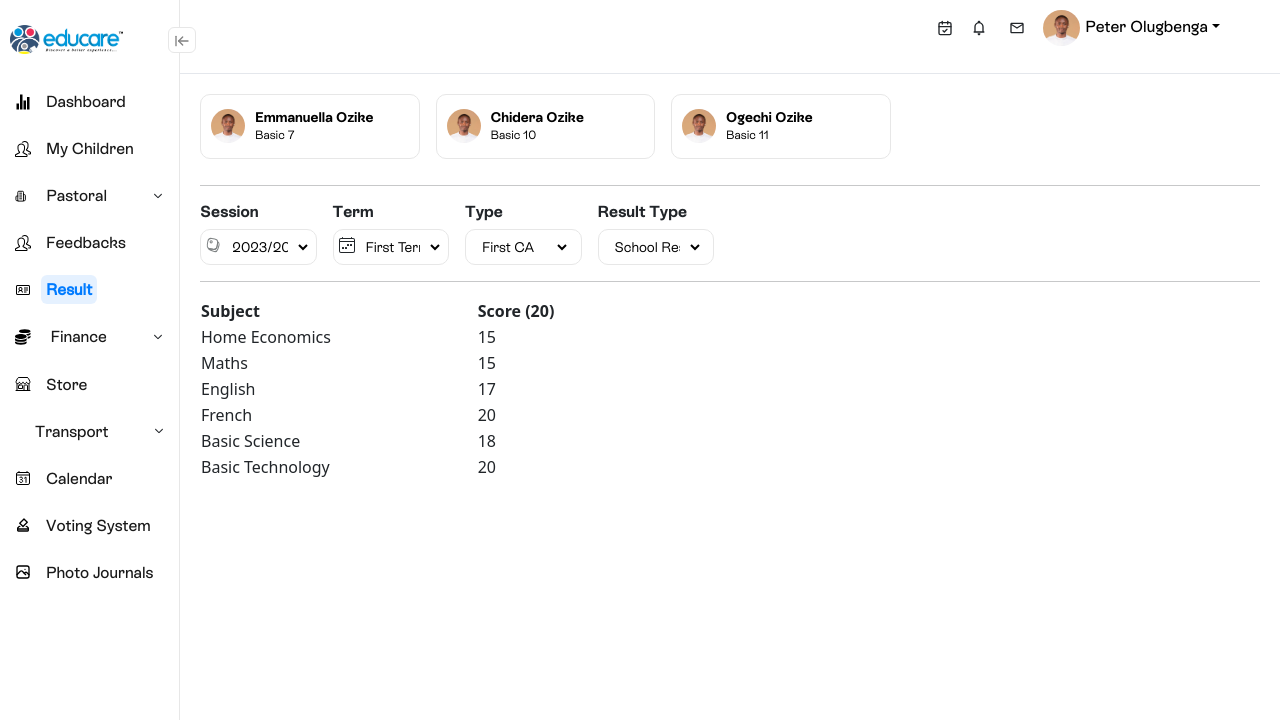
Repository: sarahnnanyelugo/educare-dashboards
Page: /result
The author's editor kept a copy of each file at every save. The page is drawn from the files as they stood at one save, then again after the next save.
The browser window is 1280 px wide. The pictures show the whole page.
The project was rebuilt for these pictures with package versions that can differ from the ones it lists, and the page was loaded fresh each time. Also part of the build but not shown: src/Dashboards/Parents/MainView/main-view.scss, src/components/News/news.scss, src/components/News/News.js, src/TestData/newsData.js, src/TestData/schEvents.js, src/components/ResultChart/ResultChart.js, src/components/Calender/calender.scss, src/components/Calender/Calender.js and 13 more.

Above is the page before, as saved 2024-10-16 12:35:37.

After the next save:
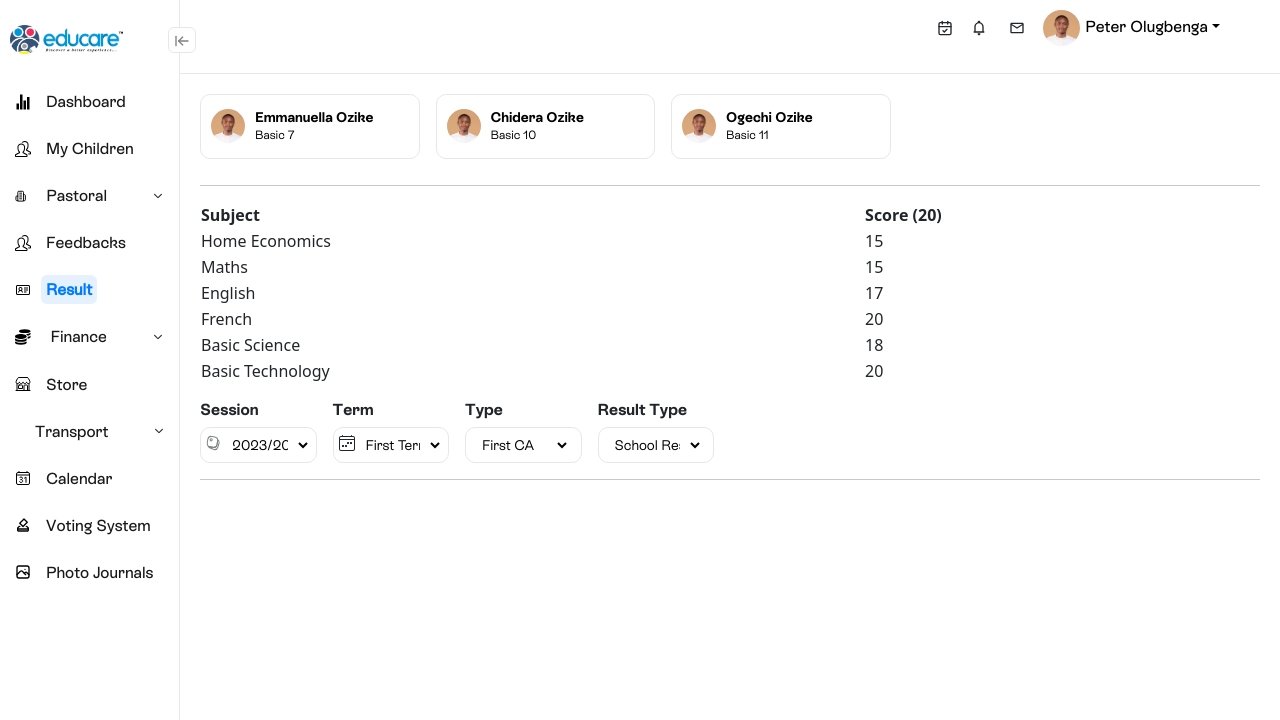
Saved 49 s later.
--- a/src/Dashboards/Parents/Result/Result.js
+++ b/src/Dashboards/Parents/Result/Result.js
@@ -31,6 +31,36 @@
         ))}
       </div>{" "}
       <hr />
+      <Table className="col-md-12" striped>
+        <tr>
+          <th>Subject</th>
+          <th>Score (20)</th>
+        </tr>
+        <tr>
+          <td>Home Economics</td>
+          <td>15</td>
+        </tr>
+        <tr>
+          <td>Maths</td>
+          <td>15</td>
+        </tr>
+        <tr>
+          <td>English</td>
+          <td>17</td>
+        </tr>
+        <tr>
+          <td>French</td>
+          <td>20</td>
+        </tr>
+        <tr>
+          <td>Basic Science</td>
+          <td>18</td>
+        </tr>
+        <tr>
+          <td>Basic Technology</td>
+          <td>20</td>
+        </tr>
+      </Table>
       <div className="panels">
         <div className={`panel ${checkActive(1, "active2")}`}>
           <div className="row row-cols-2 row-cols-lg-4 g-2 g-lg-3 col-md-6">
@@ -84,38 +114,7 @@
             </div>
           </div>
           <hr />
-          <div className="col-md-5 d-md-flex">
-            <Table className="col-md-12" striped>
-              <tr>
-                <th>Subject</th>
-                <th>Score (20)</th>
-              </tr>
-              <tr>
-                <td>Home Economics</td>
-                <td>15</td>
-              </tr>
-              <tr>
-                <td>Maths</td>
-                <td>15</td>
-              </tr>
-              <tr>
-                <td>English</td>
-                <td>17</td>
-              </tr>
-              <tr>
-                <td>French</td>
-                <td>20</td>
-              </tr>
-              <tr>
-                <td>Basic Science</td>
-                <td>18</td>
-              </tr>
-              <tr>
-                <td>Basic Technology</td>
-                <td>20</td>
-              </tr>
-            </Table>
-          </div>
+          <div className="col-md-5 d-md-flex"></div>
         </div>
         <div className={`panel ${checkActive(2, "active2")}`}>2 </div>
         <div className={`panel ${checkActive(3, "active2")}`}> 3</div>

After the save that followed:
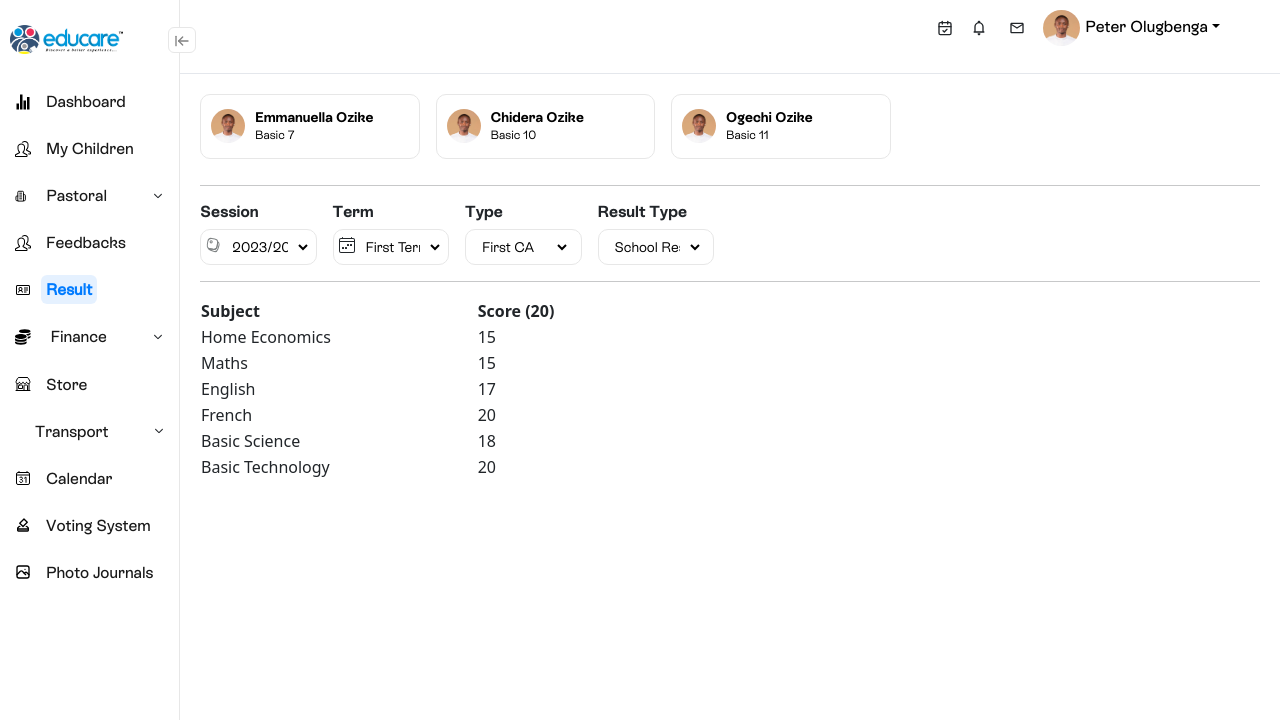
Saved 11 s later.
--- a/src/Dashboards/Parents/Result/Result.js
+++ b/src/Dashboards/Parents/Result/Result.js
@@ -31,36 +31,6 @@
         ))}
       </div>{" "}
       <hr />
-      <Table className="col-md-12" striped>
-        <tr>
-          <th>Subject</th>
-          <th>Score (20)</th>
-        </tr>
-        <tr>
-          <td>Home Economics</td>
-          <td>15</td>
-        </tr>
-        <tr>
-          <td>Maths</td>
-          <td>15</td>
-        </tr>
-        <tr>
-          <td>English</td>
-          <td>17</td>
-        </tr>
-        <tr>
-          <td>French</td>
-          <td>20</td>
-        </tr>
-        <tr>
-          <td>Basic Science</td>
-          <td>18</td>
-        </tr>
-        <tr>
-          <td>Basic Technology</td>
-          <td>20</td>
-        </tr>
-      </Table>
       <div className="panels">
         <div className={`panel ${checkActive(1, "active2")}`}>
           <div className="row row-cols-2 row-cols-lg-4 g-2 g-lg-3 col-md-6">
@@ -114,7 +84,38 @@
             </div>
           </div>
           <hr />
-          <div className="col-md-5 d-md-flex"></div>
+          <div className="col-md-5 d-md-flex">
+            <Table className="col-md-12" striped>
+              <tr>
+                <th>Subject</th>
+                <th>Score (20)</th>
+              </tr>
+              <tr>
+                <td>Home Economics</td>
+                <td>15</td>
+              </tr>
+              <tr>
+                <td>Maths</td>
+                <td>15</td>
+              </tr>
+              <tr>
+                <td>English</td>
+                <td>17</td>
+              </tr>
+              <tr>
+                <td>French</td>
+                <td>20</td>
+              </tr>
+              <tr>
+                <td>Basic Science</td>
+                <td>18</td>
+              </tr>
+              <tr>
+                <td>Basic Technology</td>
+                <td>20</td>
+              </tr>
+            </Table>
+          </div>
         </div>
         <div className={`panel ${checkActive(2, "active2")}`}>2 </div>
         <div className={`panel ${checkActive(3, "active2")}`}> 3</div>
